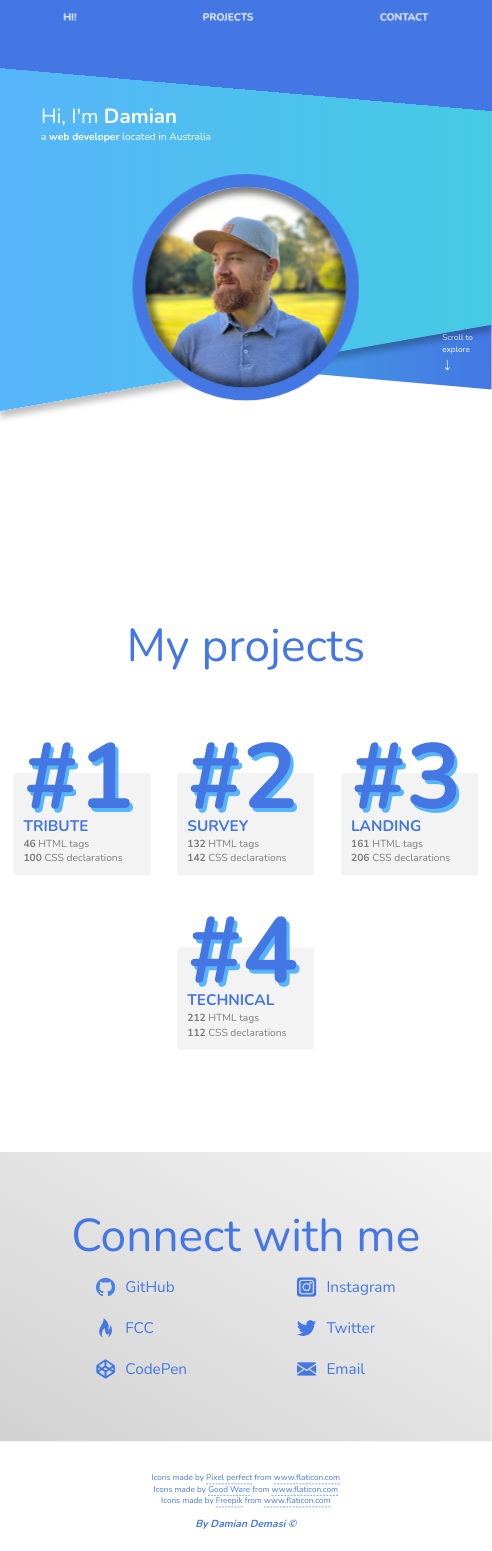
Repository: Colo-Codes/freecodecamp-05-Personal-Portfolio-Webpage
Page: index.html
The author's editor kept a copy of each file at every save. The page is drawn from the files as they stood at one save, then again after the next save.
The browser window is 768 px wide. The pictures show the whole page, at 64% of full size.

Above is the page before, as saved 2021-06-04 08:44:52.

After the next save:
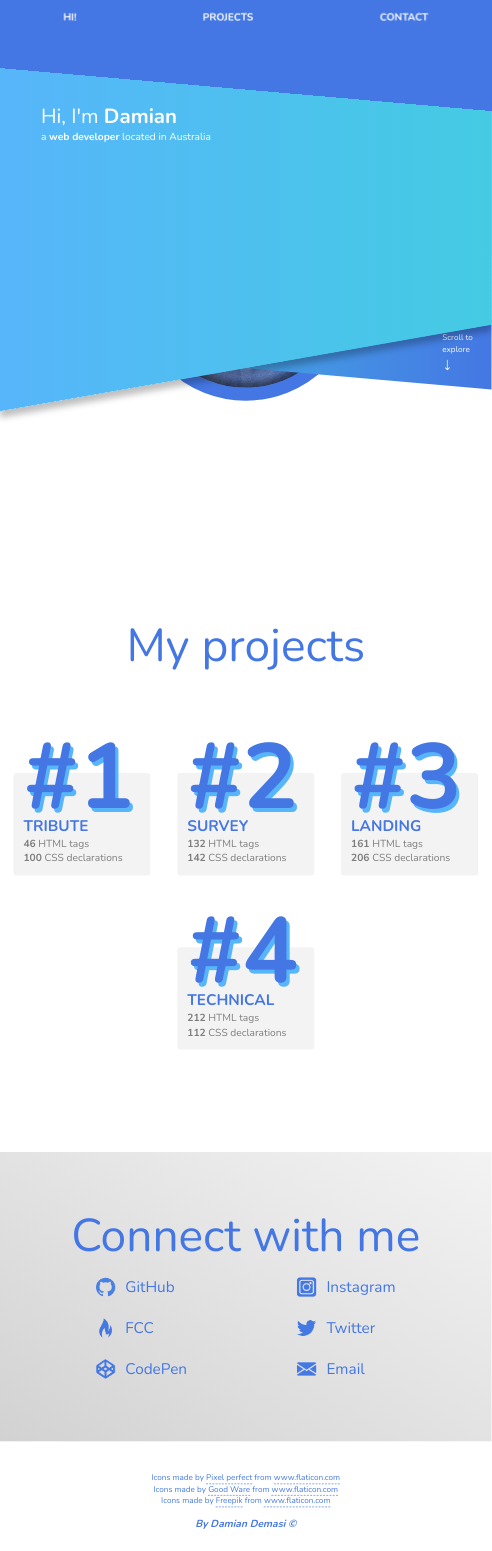
Saved 41 s later.
--- a/css/index.css
+++ b/css/index.css
@@ -399,6 +399,7 @@
         border-radius: 50%;
         width: 22.125rem;
         height: 22.125rem;
-    }
-
-}
+        z-index: inherit;
+    }
+
+}

After the save that followed:
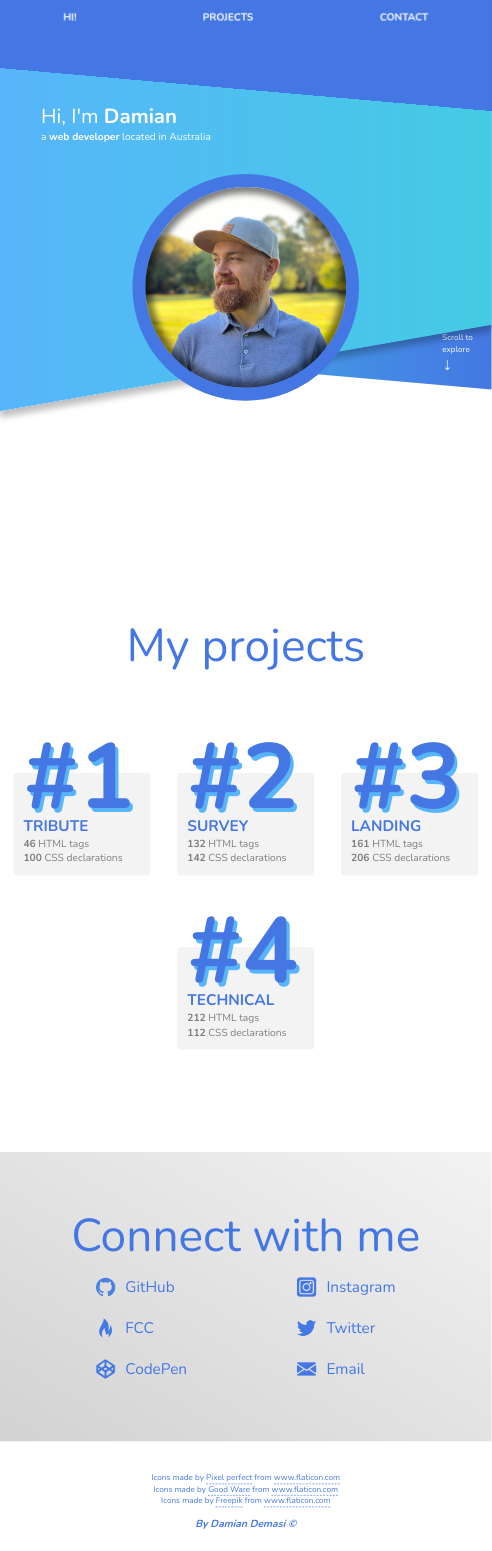
Saved 4 s later.
--- a/css/index.css
+++ b/css/index.css
@@ -399,7 +399,7 @@
         border-radius: 50%;
         width: 22.125rem;
         height: 22.125rem;
-        z-index: inherit;
-    }
-
-}
+        z-index: 3;
+    }
+
+}
